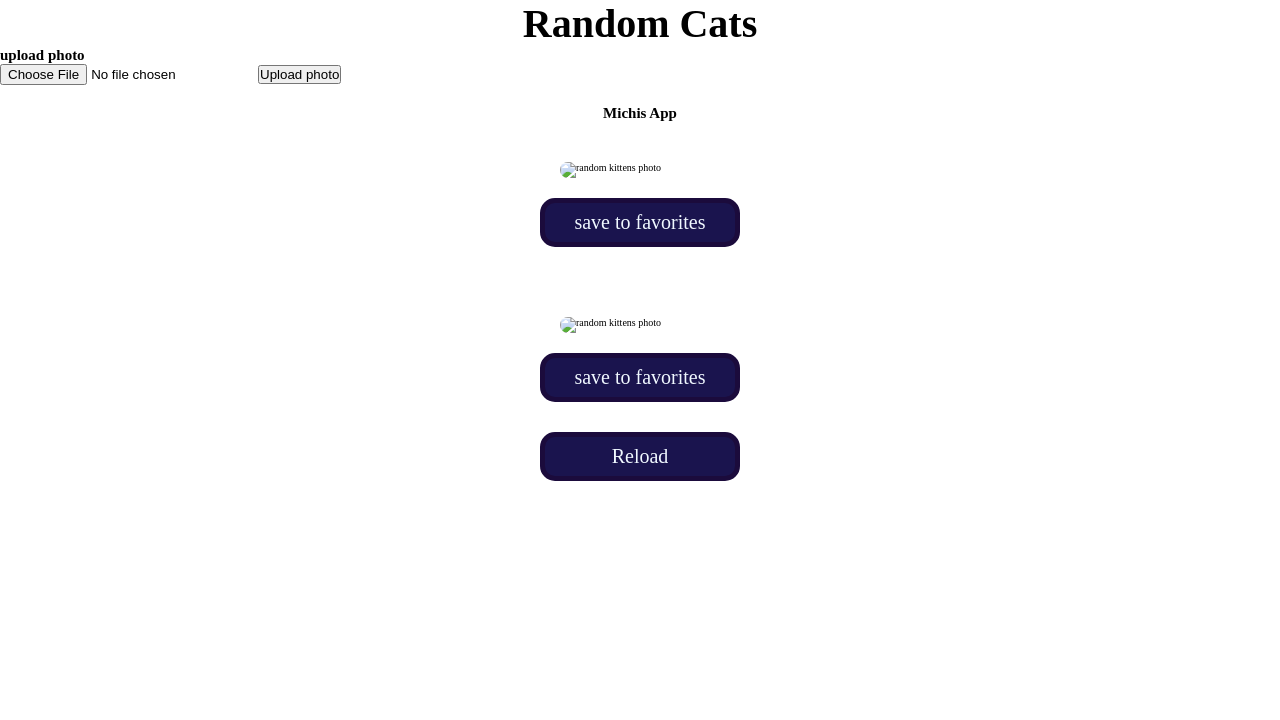
Repository: elto82/ConsumoAPIRESTjs
Page: index.html
The author's editor kept a copy of each file at every save. The page is drawn from the files as they stood at one save, then again after the next save.
The browser window is 1280 px wide. The pictures show the whole page.
The page's requests for data from a server got no answer.

Above is the page before, as saved 2022-07-04 19:12:55.

### index.html
<!DOCTYPE html>
<html lang="en">

<head>
  <meta charset="UTF-8">
  <meta http-equiv="X-UA-Compatible" content="IE=edge">
  <meta name="viewport" content="width=device-width, initial-scale=1.0">
  <title>Random Cats</title>
  <link rel="stylesheet" href="style.css">
</head>

<body>
  <header>
    <h1>Random Cats</h1>
  </header>
  <span id="error"></span>

  <section id="uploadingMichi">
    <h2>upload photo</h2>
    <form id="uploadingForm">
      <input id="file" type="file" name="file" onchange="previewImage()">
      <img id="preview" />
      <button id="submitDog type="button" onclick="uploadMichiPhoto()">
        Upload photo
      </button>
    </form>
  </section>

  <section id="randomMichis" class="container">
    <h2>Michis App</h2>

    <article>
      <img id="img1" alt="random kittens photo" class="image">
      <button id="btn1" class="random-cat-button">
        save to favorites
      </button>
    </article>
    <article>
      <img id="img2" alt="random kittens photo" class="image">
      <button id="btn2" class="random-cat-button">
        save to favorites
      </button>
    </article>

    <button class="random-cat-button" onclick="loadRandomMichis()">
      Reload
    </button>

  </section>
  <section id="favoriteMichis">

  </section>


  <script src="./main.js"></script>
</body>

</html>

### style.css
* {
  box-sizing: border-box;
  margin: 0px;
  padding: 0px;
}
html {
  font-size: 62.5%;
}
body {
  font-family: 'Square Peg', cursive;
}
header {
  display: flex;
  justify-content: center;
}
h1 {
  font-size: 4rem;
}
article{
  display: flex;
  flex-direction: column;
  justify-content: center;
  place-items: center;
  padding: 20px;
}
.container {
  display: flex;
  flex-direction: column;
  justify-content: center;
  place-items: center;
  padding: 20px;
}
.container .image {
  border-radius: 20px;
  margin: 20px;
  width: 80%;
  height: auto;
}
.random-cat-button {
  align-items: center;
  background-color: rgb(26, 20, 78);
  border: 5px solid rgb(27, 11, 60);
  border-radius: 15px;
  color: aliceblue;
  cursor: pointer;
  font-family: 'Pacifico', cursive;
  font-size: 2rem;
  padding: 0.8rem;
  width: 20rem;
  height: auto;
  margin-bottom: 1rem;
}
.random-cat-button:hover {
  border: 5px solid rgb(36, 16, 71);
  background-color: rgb(33, 14, 62);
}

### main.js
/*--------------------------------------------- endpoint
const API_URL = "https://api.thecatapi.com/v1/images/search"; */
/* --------------------------------------------------------query parameters */
const API_URL_random = "https://api.thecatapi.com/v1/images/search?limit=2";
const API_URL_favorites = "https://api.thecatapi.com/v1/favourites";
const API_URL_upload = "https://api.thecatapi.com/v1/images/upload";

const API_URL_favorites_delete = (id) =>
  `https://api.thecatapi.com/v1/favourites/${id}`;

const spanError = document.getElementById("error");

async function loadRandomMichis() {
  const res = await fetch(API_URL_random);
  const data = await res.json();

  console.log(data);
  console.log("loadRandomMichis");

  if (res.status !== 200) {
    spanError.innerHTML = `hubo un error: ${res.status} ${data.message}`;
  } else {
    const img1 = document.getElementById("img1");
    const img2 = document.getElementById("img2");
    const btn1 = document.getElementById("btn1");
    const btn2 = document.getElementById("btn2");

    img1.src = data[0].url;
    img2.src = data[1].url;
    btn1.onclick = () => saveFavoriteMichi(data[0].id);
    btn2.onclick = () => saveFavoriteMichi(data[1].id);
  }
}

async function loadFavoriteMichis() {
  const res = await fetch(API_URL_favorites, {
    method: "GET",
    headers: {
      "X-API-KEY": "11fb4c78-96c8-403c-b282-b8c4d38b4b60",
    },
  });
  const data = await res.json();

  console.log(data);
  console.log("loadFavoriteMichis");

  if (res.status !== 200) {
    spanError.innerHTML = `Hubo un error: ${res.status} ${data.message}`;
  } else {
    const section = document.getElementById("favoriteMichis");
    section.innerHTML = "";
    const h2 = document.createElement("h2");
    const h2Text = document.createTextNode("Michis Favorites");
    h2.appendChild(h2Text);
    section.appendChild(h2);

    data.forEach((michi) => {
      const article = document.createElement("article");
      const img = document.createElement("img");
      const btn = document.createElement("button");
      const btnText = document.createTextNode("remove michi");

      btn.appendChild(btnText);
      btn.onclick = () => deleteFavoriteMichi(michi.id);
      img.src = michi.image.url;
      img.width = 150;
      article.appendChild(img);
      article.appendChild(btn);
      section.appendChild(article);
    });
  }
}

async function saveFavoriteMichi(id) {
  const res = await fetch(API_URL_favorites, {
    method: "POST",
    headers: {
      "Content-Type": "application/json",
      "X-API-KEY": "11fb4c78-96c8-403c-b282-b8c4d38b4b60",
    },
    body: JSON.stringify({
      image_id: id,
    }),
  });
  const data = await res.json();

  console.log("save");
  console.log(res);

  if (res.status !== 200) {
    spanError.innerHTML = `Hubo un error: ${res.status} ${data.message}`;
  } else {
    console.log("michi guardado en favoritos");
    loadFavoriteMichis();
  }
}

async function deleteFavoriteMichi(id) {
  const res = await fetch(API_URL_favorites_delete(id), {
    method: "DELETE",
    headers: {
      "X-API-KEY": "11fb4c78-96c8-403c-b282-b8c4d38b4b60",
    },
  });
  const data = await res.json();

  if (res.status !== 200) {
    spanError.innerHTML = `Hubo un error: ${res.status} ${data.message}`;
  } else {
    console.log("michi eliminado de favoritos");
    loadFavoriteMichis();
  }
}

async function uploadMichiPhoto() {
  const form = document.getElementById("uploadingForm");
  const formData = new FormData(form);

  console.log(formData.get("file"));

  const res = await fetch(API_URL_upload, {
    method: "POST",
    headers: {
      //"Content-Type": "multipart/form-data",
      "X-API-KEY": "11fb4c78-96c8-403c-b282-b8c4d38b4b60",
    },
    body: formData,
  });
  const data = await res.json();

  if (res.status !== 201) {
    spanError.innerText = "Hubo un error: " + res.status + " " + data.message;
  } else {
    console.log("Michi cargado correctamente");
    console.log({data});
    console.log(data.url);
    saveFavoriteMichi(data.id);
  }
}

const previewImage = () => {
  const file = document.getElementById("file").files;
  console.log(file);
  if (file.length > 0) {
    const fileReader = new FileReader();

    fileReader.onload = function(e) {
      document.getElementById("preview").setAttribute("src", e.target.result);
    };
    fileReader.readAsDataURL(file[0]);
  }
}

loadRandomMichis();
loadFavoriteMichis();

After the next save:
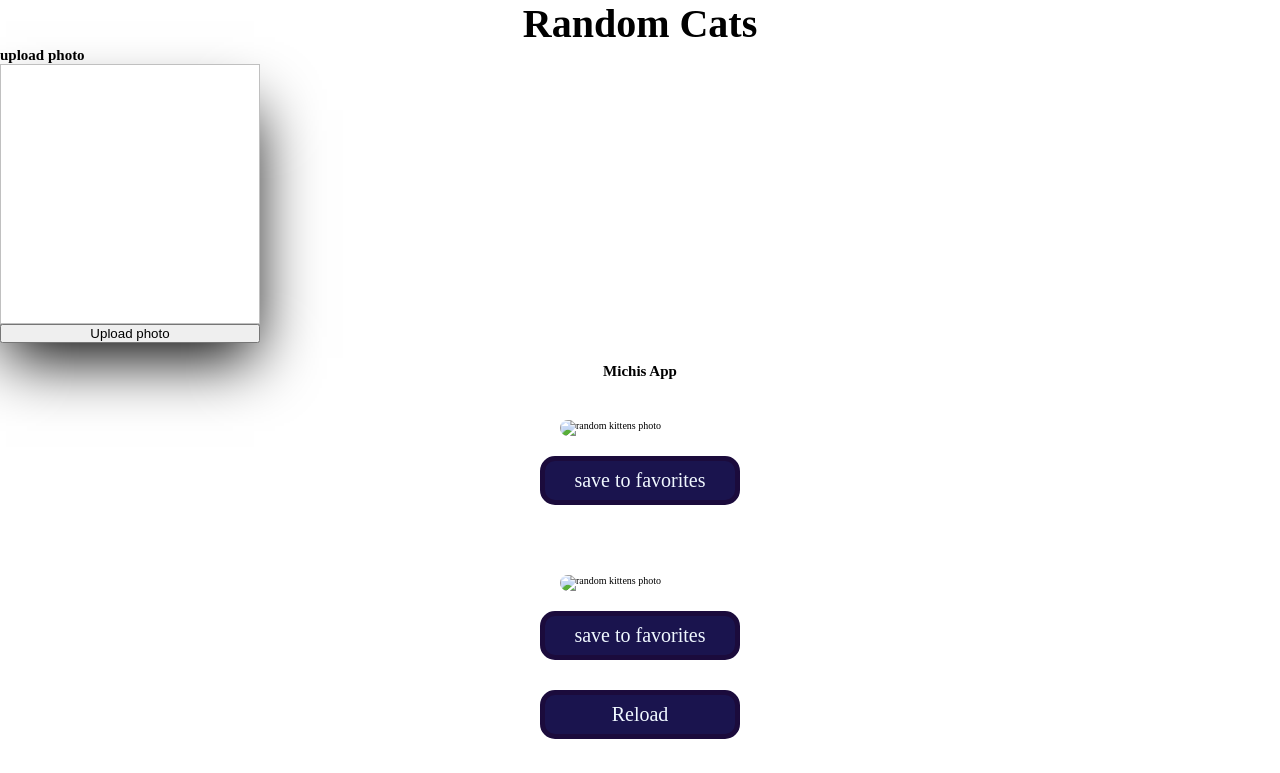
Saved 2 min 5 s later.
--- a/style.css
+++ b/style.css
@@ -54,3 +54,57 @@ article{
   border: 5px solid rgb(36, 16, 71);
   background-color: rgb(33, 14, 62);
 }
+
+#submitDog,
+.custom-file-upload {
+  width: 260px;
+  height: 50px;
+  border-radius: 20px;
+  border: none;
+  font-size: 20px;
+  cursor: pointer;
+  background-color: #DB3A34;
+  opacity: 0.6;
+  color: #fff;
+  transition: 0.5s;
+  margin: 0;
+}
+
+.custom-file-upload:hover,
+#submitDog:hover {
+  opacity: 1;
+}
+
+#submitDog i,
+.custom-file-upload i {
+  margin-left: 12px;
+}
+
+.custom-file-upload {
+  border-radius: 20px 20px 0 0;
+  background-color: #f0f0f0;
+  color: #000;
+  line-height: 50px;
+}
+
+#submitDog {
+  border-radius: 0 0 20px 20px;
+  margin-bottom: 30px;
+}
+
+#uploadingForm {
+  display: inline-flex;
+  flex-direction: column;
+  justify-content: space-between;
+}
+
+#file {
+  display: none;
+}
+
+#preview {
+  width: 260px;
+  height: 260px;
+  object-fit: cover;
+  box-shadow: 0 40px 60px -6px black;
+}

After the 4 saves that followed:
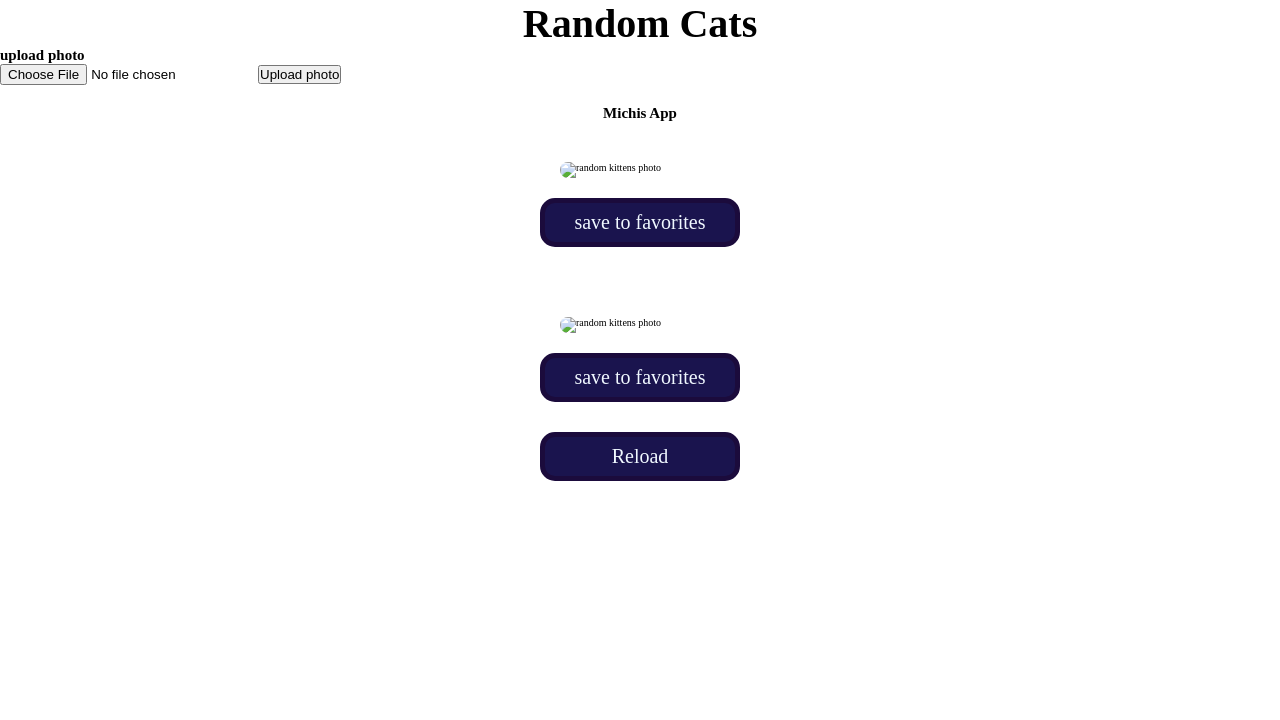
The 4 saves are shown as one change because 3 left the picture as it was.
The last was saved 3 min 34 s later.
--- a/index.html
+++ b/index.html
@@ -21,7 +21,7 @@
       <input id="file" type="file" name="file" onchange="previewImage()">
       <img id="preview" />
       <button id="submitDog type="button" onclick="uploadMichiPhoto()">
-        Upload photo
+        Upload photo<i class="fa-solid fa-paper-plane"></i>
       </button>
     </form>
   </section>
--- a/style.css
+++ b/style.css
@@ -54,57 +54,3 @@ article{
   border: 5px solid rgb(36, 16, 71);
   background-color: rgb(33, 14, 62);
 }
-
-#submitDog,
-.custom-file-upload {
-  width: 260px;
-  height: 50px;
-  border-radius: 20px;
-  border: none;
-  font-size: 20px;
-  cursor: pointer;
-  background-color: #DB3A34;
-  opacity: 0.6;
-  color: #fff;
-  transition: 0.5s;
-  margin: 0;
-}
-
-.custom-file-upload:hover,
-#submitDog:hover {
-  opacity: 1;
-}
-
-#submitDog i,
-.custom-file-upload i {
-  margin-left: 12px;
-}
-
-.custom-file-upload {
-  border-radius: 20px 20px 0 0;
-  background-color: #f0f0f0;
-  color: #000;
-  line-height: 50px;
-}
-
-#submitDog {
-  border-radius: 0 0 20px 20px;
-  margin-bottom: 30px;
-}
-
-#uploadingForm {
-  display: inline-flex;
-  flex-direction: column;
-  justify-content: space-between;
-}
-
-#file {
-  display: none;
-}
-
-#preview {
-  width: 260px;
-  height: 260px;
-  object-fit: cover;
-  box-shadow: 0 40px 60px -6px black;
-}
